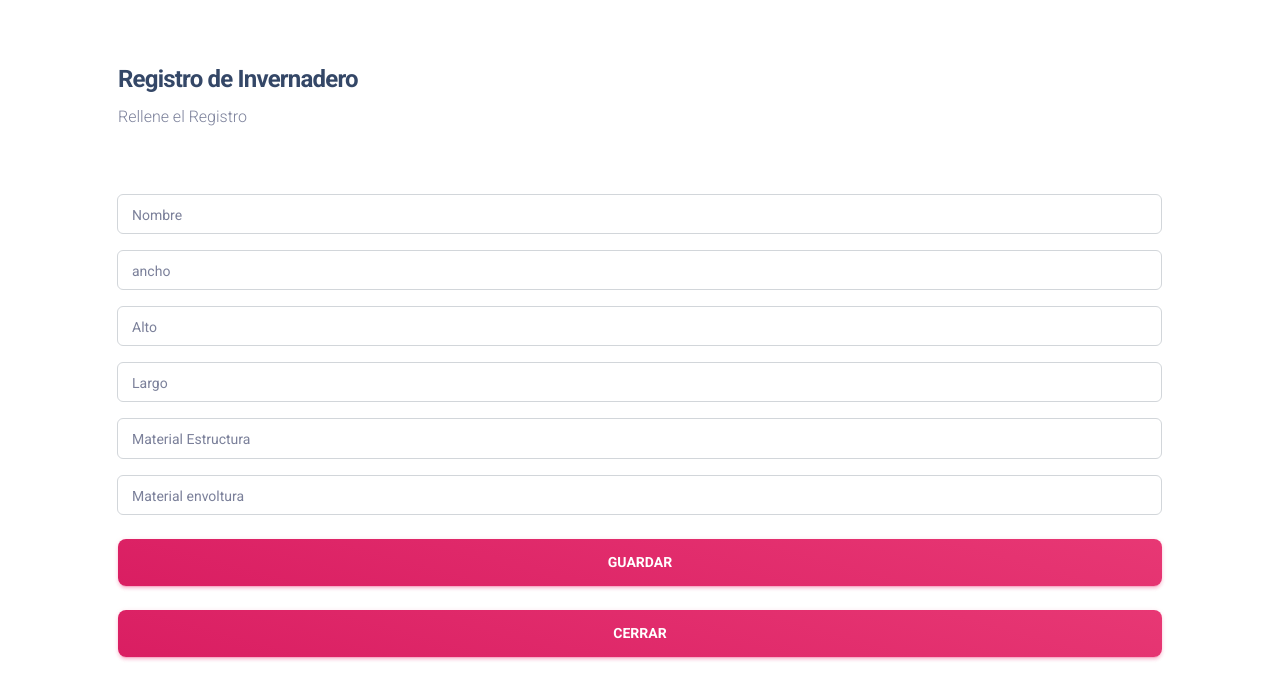
Repository: ValenciaAlmeidaVictor/sistemariego
Page: resources/views/posts/create.blade.php
The author's editor kept a copy of each file at every save. The page is drawn from the files as they stood at one save, then again after the next save.
The browser window is 1280 px wide. The pictures show the whole page.
Some web libraries are served in a nearby version. The page is served by the project's Laravel application, run on PHP 8.4 with Laravel 10. The template is opened directly, without the code that normally fills it, so the values that code supplies are empty.

Above is the page before, as saved 2023-06-19 20:04:20.

After the next save:
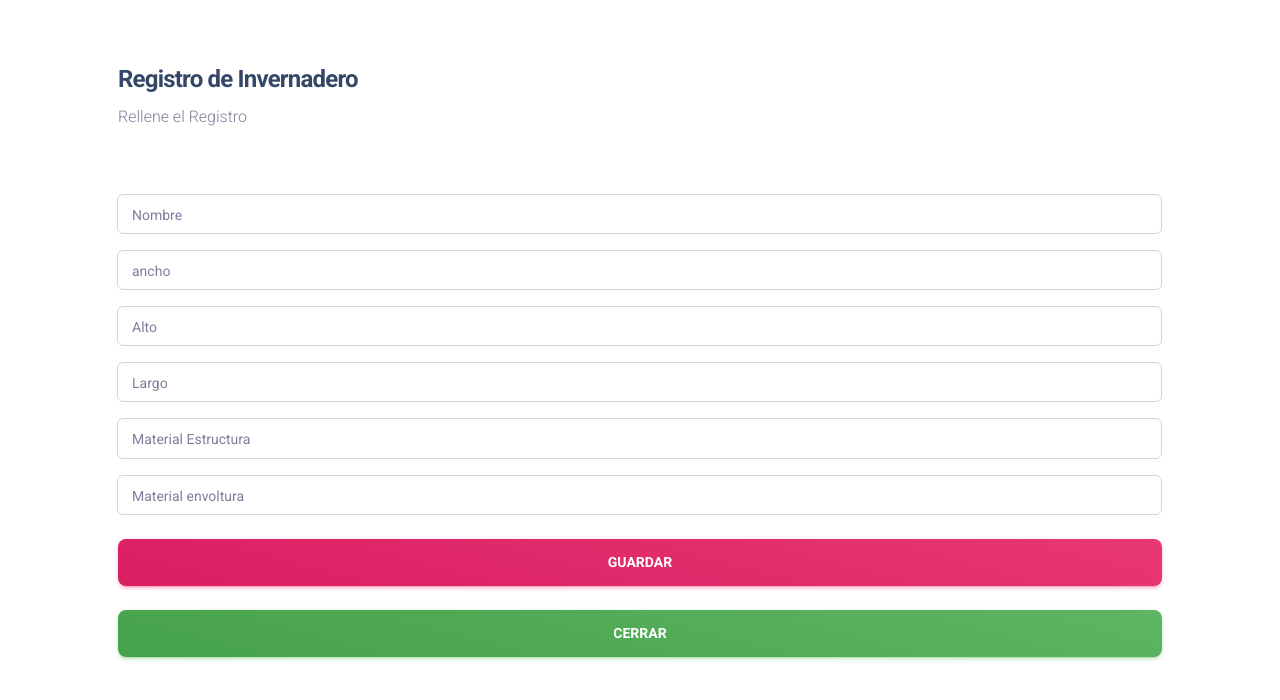
Saved 29 s later.
--- a/resources/views/posts/create.blade.php
+++ b/resources/views/posts/create.blade.php
@@ -62,7 +62,7 @@
                                                     class="btn btn-lg bg-gradient-primary btn-lg w-100 mt-4 mb-0">Guardar</button>
                                             <div class="text-center">
                                                 <button type="submit"
-                                                    class="btn btn-lg bg-gradient-primary btn-lg w-100 mt-4 mb-0">Cerrar</button>
+                                                    class="btn btn-lg bg-gradient-success btn-lg w-100 mt-4 mb-0">Cerrar</button>
                                             </div>
                                         </form>
                                     </div>
